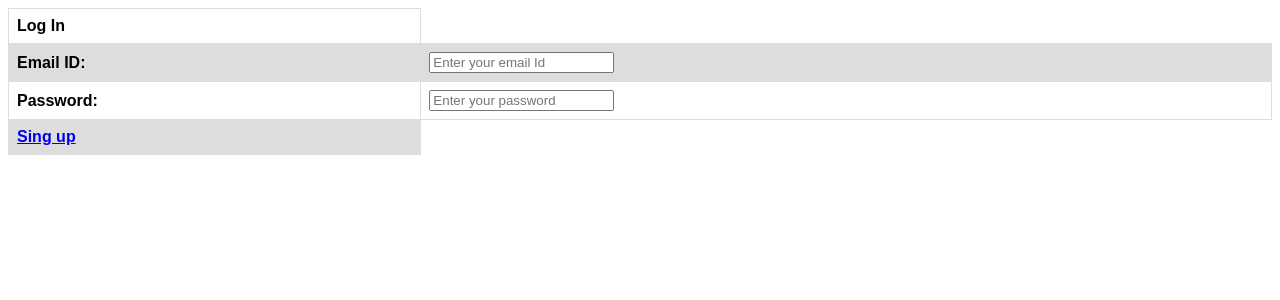
Repository: akki1071993/JavaServlet
Page: HttpServletFilterDemo/src/main/webapp/login.html
These files come from the project's save history. The page is drawn as it stood at one moment and after the next save; the edit follows.
The browser window is 1280 px wide. The pictures show the whole page.

Above is the page before, as saved 2022-06-15 10:03:59.

After the next save:
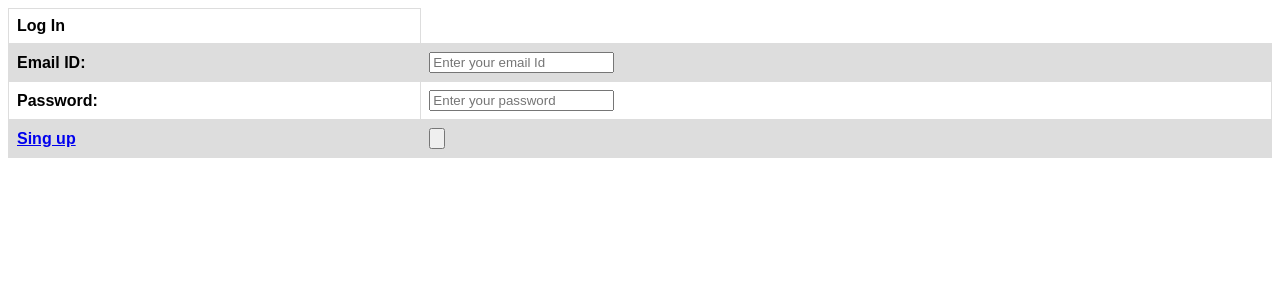
Saved 34 s later.
--- a/HttpServletFilterDemo/src/main/webapp/login.html
+++ b/HttpServletFilterDemo/src/main/webapp/login.html
@@ -21,6 +21,7 @@
 		</tr>
 		<tr>
 			<th><a href="register.html">Sing up</a></th>
+			<th><input type="button" ></i></th>
 		</tr>
 	</table>
 
